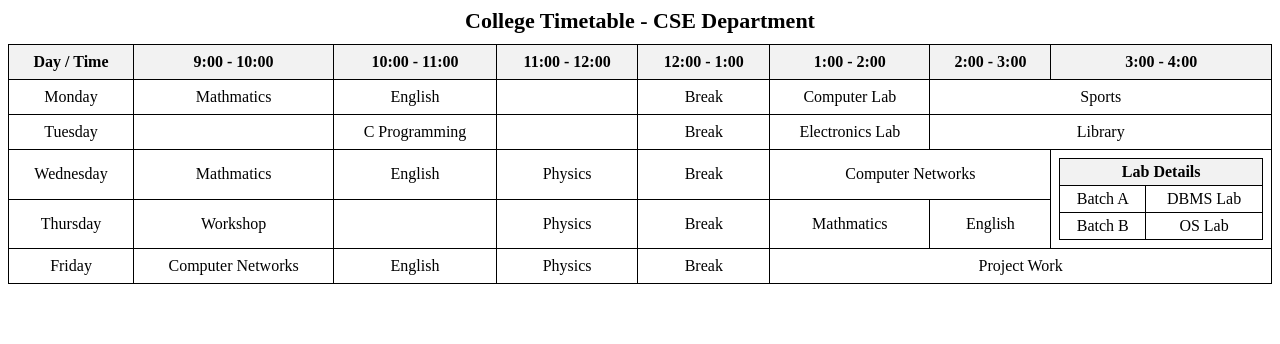
Repository: Glory998/ELCE1-32
Page: experiment3.html
These files come from the project's save history. The page is drawn as it stood at one moment and after the next save; the edit follows.
The browser window is 1280 px wide. The pictures show the whole page.

Above is the page before, as saved 2025-10-22 23:50:05.

After the next save:
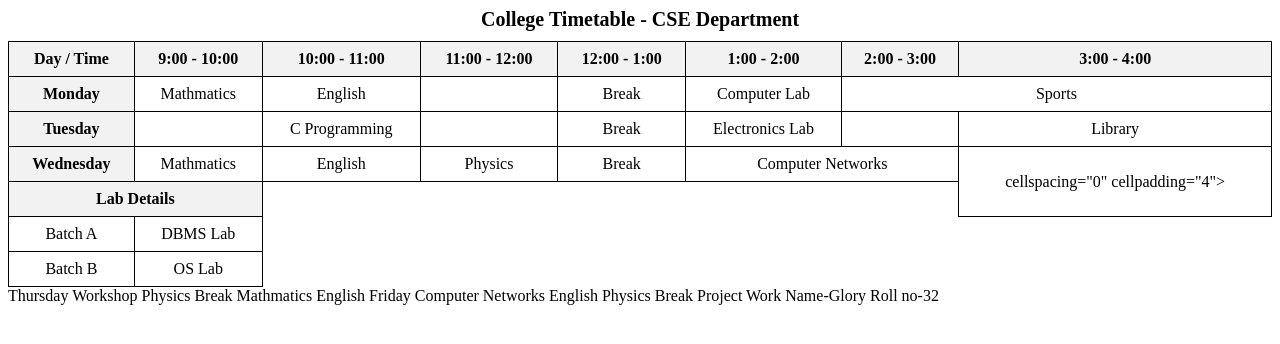
Saved 12 h 22 min later.
--- a/experiment3.html
+++ b/experiment3.html
@@ -16,17 +16,9 @@
                 background-color: #f2f2f2;
             }
             caption {
-                font-size: 22px;
+                font-size: 20px;
                 font-weight: bold;
                 margin-bottom: 10px;
-            }
-            .nested {
-                border: none;
-                width: 100%;
-            }
-            .nested th, .nested td {
-                border: 1px solid black;
-                padding: 4px;
             }
              </style>
             </head>
@@ -45,7 +37,7 @@
                 </tr>
 
                 <tr>
-                    <td>Monday</td>
+                    <th>Monday</th>
                     <td>Mathmatics</td>
                     <td>English</td>
                     <td></td>
@@ -55,33 +47,34 @@
         </tr>
 
         <tr>
-    <td>Tuesday
+    <th>Tuesday</th>
 </td><td>
 <td>C Programming</td>
 <td></td>
 <td>Break</td>
 <td>Electronics Lab</td>
-<td colspan="2">Library</td>
+<td></td>
+<td>Library</td>
 </tr>
 
 <tr>
-    <td>Wednesday</td>
+    <th>Wednesday</th>
     <td>Mathmatics</td>
     <td>English</td>
     <td>Physics</td>
     <td>Break</td>
     <td colspan="2">Computer Networks</td>
-    <td rowspan="2">
-    <table class="nested"><tr><th
-    colspan="2">Lab Details</th></tr>
-<tr><td>Batch A</td><td>DBMS Lab</td></tr>
+    <td rowspan="2"> cellspacing="0" cellpadding="4">
+        <tr><th
+            colspan="2">Lab Details</th></tr>
+        <tr><td>Batch A</td><td>DBMS Lab</td></tr>
     <tr><td>Batch B</td><td>OS Lab</td></tr>
 </table>
 </td>
 </tr>
 
 <tr>
-    <td>Thursday</td>
+    <th>Thursday</th>
     <td>Workshop</td>
         <td></td>
         <td>Physics</td>
@@ -91,15 +84,18 @@
         </tr>
 
     <tr>
-        <td>Friday</td>
+        <th>Friday</th>
     <td>Computer Networks</td>
 <td>English</td>
 <td>Physics</td>
 <td>Break</td>
-<td colspan="3">Project Work</td>
+<td colspan="2">Project Work</td>
 </tr>
-
 </table>
 
 </body>
 </html>
+
+
+Name-Glory
+Roll no-32
